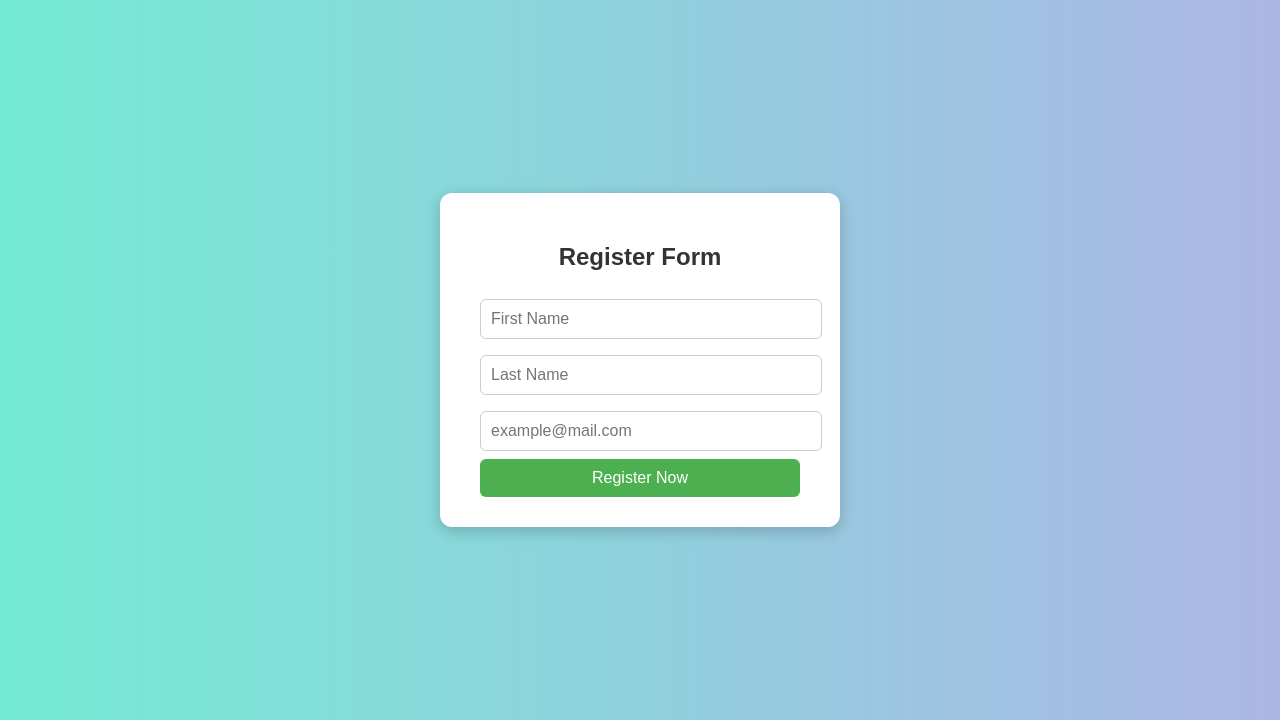
Repository: AkshayKPrajapati/CodingHub
Page: Servlet/WebContent/requestDispature.html
An editor plug-in stored every save of this project. The page is shown before and after the next save, followed by the edit.
The browser window is 1280 px wide. The pictures show the whole page.

Above is the page before, as saved 2025-10-12 15:17:07.

After the next save:
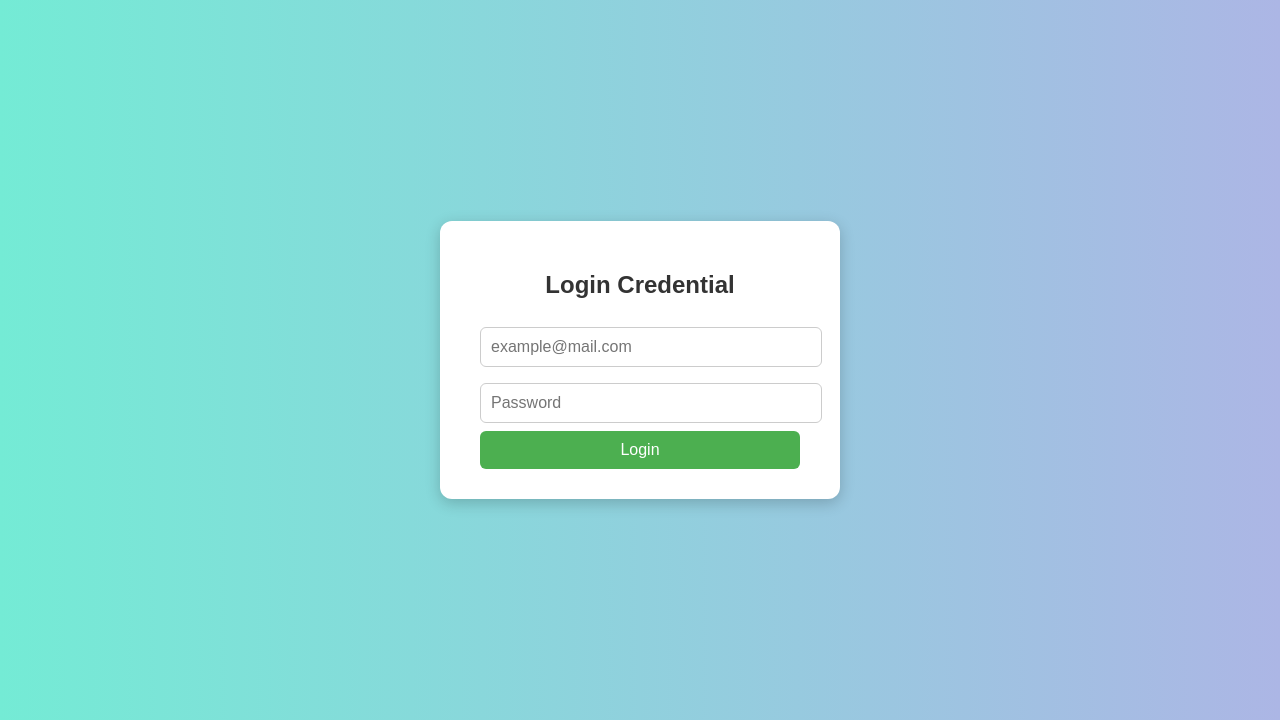
Saved 5 s later.
--- a/Servlet/WebContent/requestDispature.html
+++ b/Servlet/WebContent/requestDispature.html
@@ -2,7 +2,7 @@
 <html>
 <head>
   <meta charset="UTF-8">
-  <title>Register Form</title>
+  <title>Request Dispature | Login WebPage</title>
   <style>
     /* --- Page Styling --- */
     body {
@@ -31,7 +31,7 @@
     }
 
     /* --- Input Fields --- */
-    input[type="text"],
+    input[type="password"],
     input[type="email"] {
       width: 100%;
       padding: 10px;
@@ -60,12 +60,11 @@
   </style>
 </head>
 <body>
-  <form action="register" method="post">
-    <h2>Register Form</h2>
-    <input type="text" placeholder="First Name" name="firstName" required><br>
-    <input type="text" placeholder="Last Name" name="lastName" required><br>
+  <form action="loginServlet" method="post">
+    <h2>Login Credential</h2>
     <input type="email" placeholder="example@mail.com" name="email" required><br>
-    <button type="submit">Register Now</button>
+    <input type="password" placeholder="Password" name="password" required><br>
+    <button type="submit">Login</button>
   </form>
 </body>
 </html>
